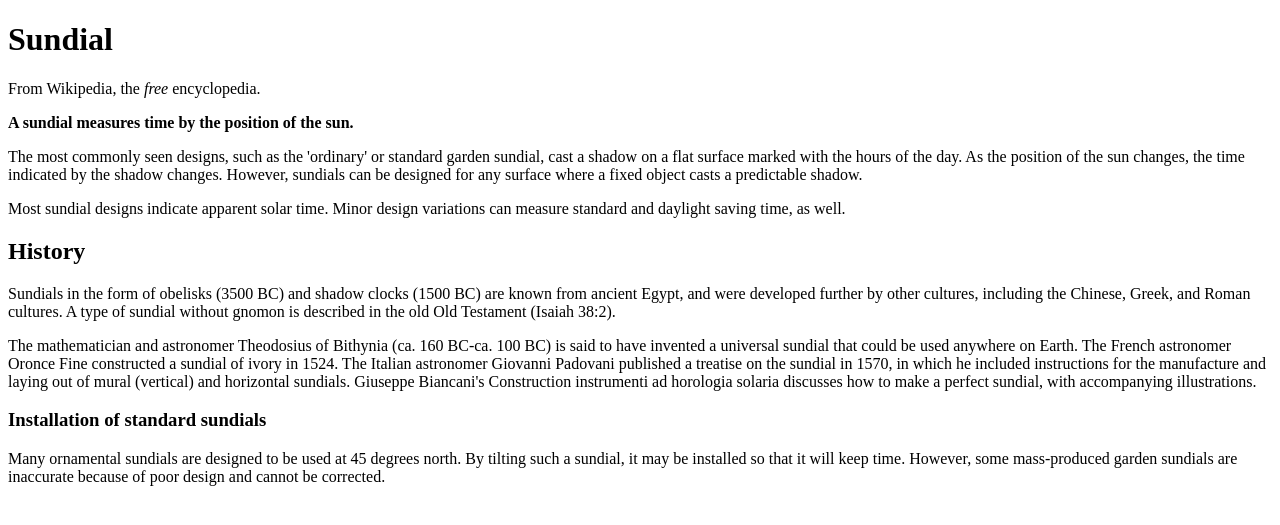
Repository: 9-5-pursuit/lab-intro-to-html
Page: sundial.html
The author's editor kept a copy of each file at every save. The page is drawn from the files as they stood at one save, then again after a run of saves.
The browser window is 1280 px wide. The pictures show the whole page.

Above is the page before, as saved 2023-02-27 21:28:47.

### sundial.html
<!DOCTYPE html>
<html lang="en">
  <head>
    <meta charset="UTF-8" />
    <meta http-equiv="X-UA-Compatible" content="IE=edge" />
    <meta name="viewport" content="width=device-width, initial-scale=1.0" />
    <title>Sundial</title>
  </head>
  <body>
    <header>
      <h1>Sundial</h1>
      <span> From Wikipedia, the <em>free</em> encyclopedia.</span>
    </header>
    <p></p>
    <strong>A sundial measures time by the position of the sun.</strong>
    <p>
      The most commonly seen designs, such as the 'ordinary' or standard garden
      sundial, cast a shadow on a flat surface marked with the hours of the day.
      As the position of the sun changes, the time indicated by the shadow
      changes. However, sundials can be designed for any surface where a fixed
      object casts a predictable shadow.
    </p>
    <p>
      Most sundial designs indicate apparent solar time. Minor design variations
      can measure standard and daylight saving time, as well.
    </p>
    <article>
      <span>
        <h2>History</h2>
      </span>
      <p>
        Sundials in the form of obelisks (3500 BC) and shadow clocks (1500 BC)
        are known from ancient Egypt, and were developed further by other
        cultures, including the Chinese, Greek, and Roman cultures. A type of
        sundial without gnomon is described in the old Old Testament (Isaiah
        38:2).
      </p>
      <p>
        The mathematician and astronomer Theodosius of Bithynia (ca. 160 BC-ca.
        100 BC) is said to have invented a universal sundial that could be used
        anywhere on Earth. The French astronomer Oronce Fine constructed a
        sundial of ivory in 1524. The Italian astronomer Giovanni Padovani
        published a treatise on the sundial in 1570, in which he included
        instructions for the manufacture and laying out of mural (vertical) and
        horizontal sundials. Giuseppe Biancani's Construction instrumenti ad
        horologia solaria discusses how to make a perfect sundial, with
        accompanying illustrations.
      </p>
      <span>
        <h3>Installation of standard sundials</h3>
      </span>
      <p>
        Many ornamental sundials are designed to be used at 45 degrees north. By
        tilting such a sundial, it may be installed so that it will keep time.
        However, some mass-produced garden sundials are inaccurate because of
        poor design and cannot be corrected.
      </p>
    </article>
  </body>
</html>

After the next 2 saves:
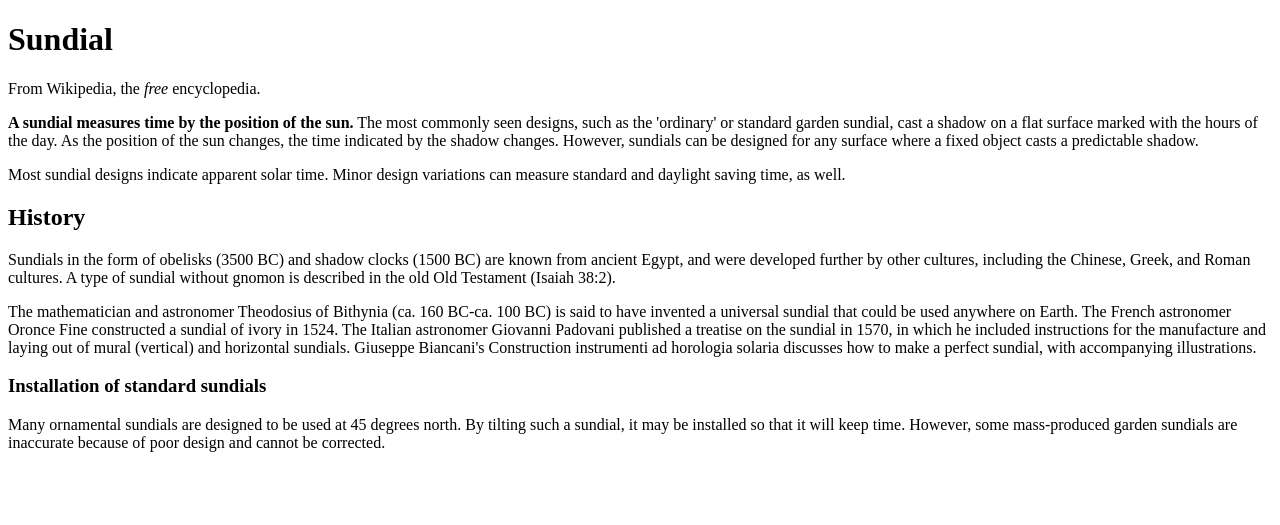
The 2 saves are shown as one change because they came seconds apart.
The last was saved 7 s later.
--- a/sundial.html
+++ b/sundial.html
@@ -13,7 +13,6 @@
     </header>
     <p></p>
     <strong>A sundial measures time by the position of the sun.</strong>
-    <p>
       The most commonly seen designs, such as the 'ordinary' or standard garden
       sundial, cast a shadow on a flat surface marked with the hours of the day.
       As the position of the sun changes, the time indicated by the shadow
